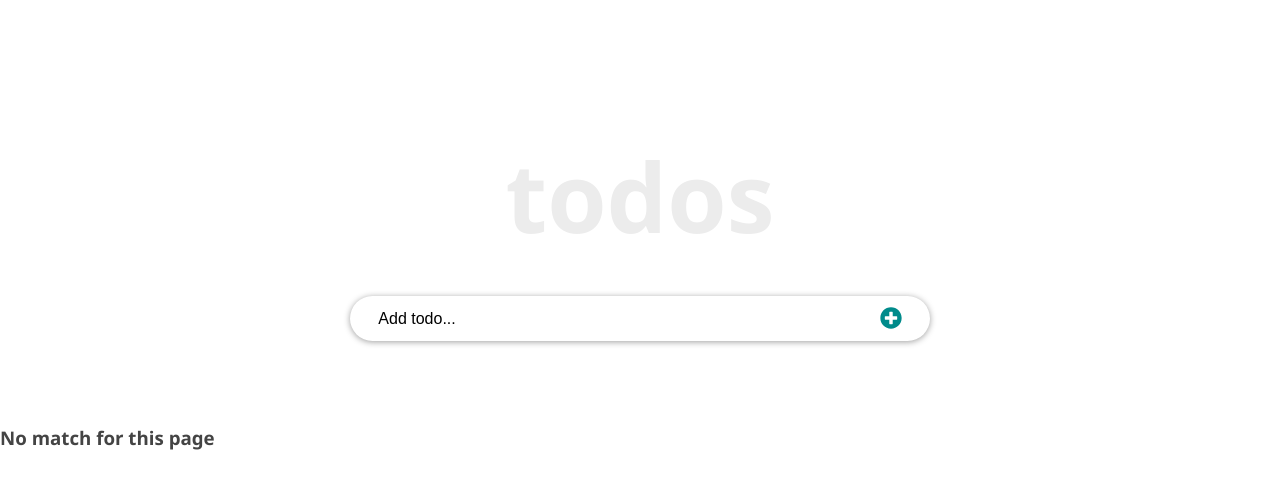
Repository: bodescuanamariia/todo-app
Page: /
An editor plug-in stored every save of this project. The page is shown before and after the next save, followed by the edit.
The browser window is 1280 px wide. The pictures show the whole page.
The project was rebuilt for these pictures with package versions that can differ from the ones it lists, and the page was loaded fresh each time. Also part of the build but not shown: src/functionBased/pages/About.js, src/functionBased/components/TodoItem.module.css, src/functionBased/components/TodoItem.js.

Above is the page before, as saved 2022-03-20 17:04:10.

After the next save:
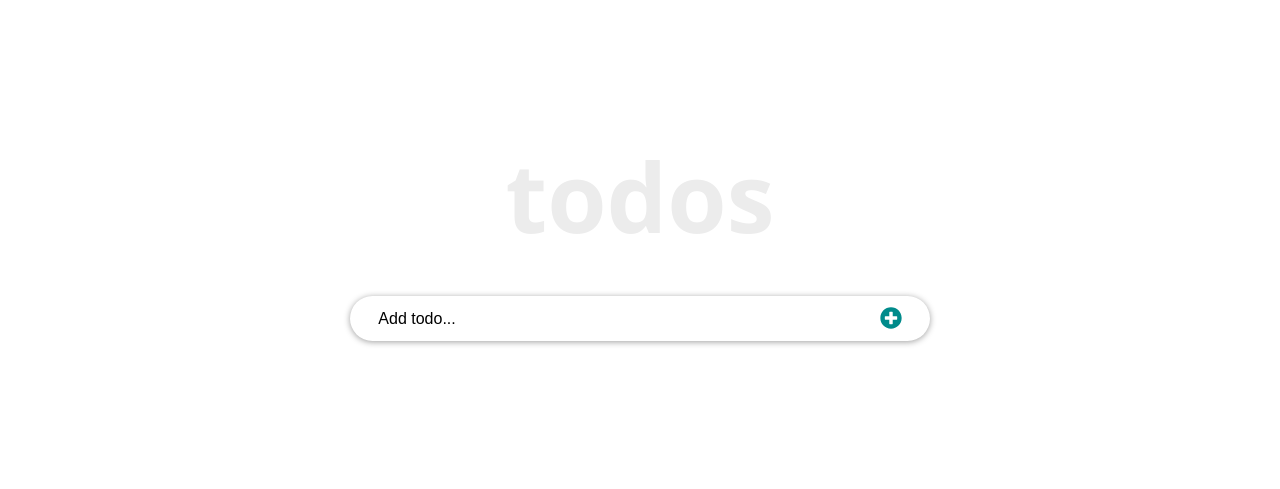
Saved 36 s later.
--- a/src/functionBased/components/TodoContainer.js
+++ b/src/functionBased/components/TodoContainer.js
@@ -95,10 +95,6 @@ const TodoContainer = () => {
       <Route path="/about">
         <About />
       </Route>
-
-      <Route path="*">
-        <NotMatch />
-      </Route>
     </>
   );
 };
